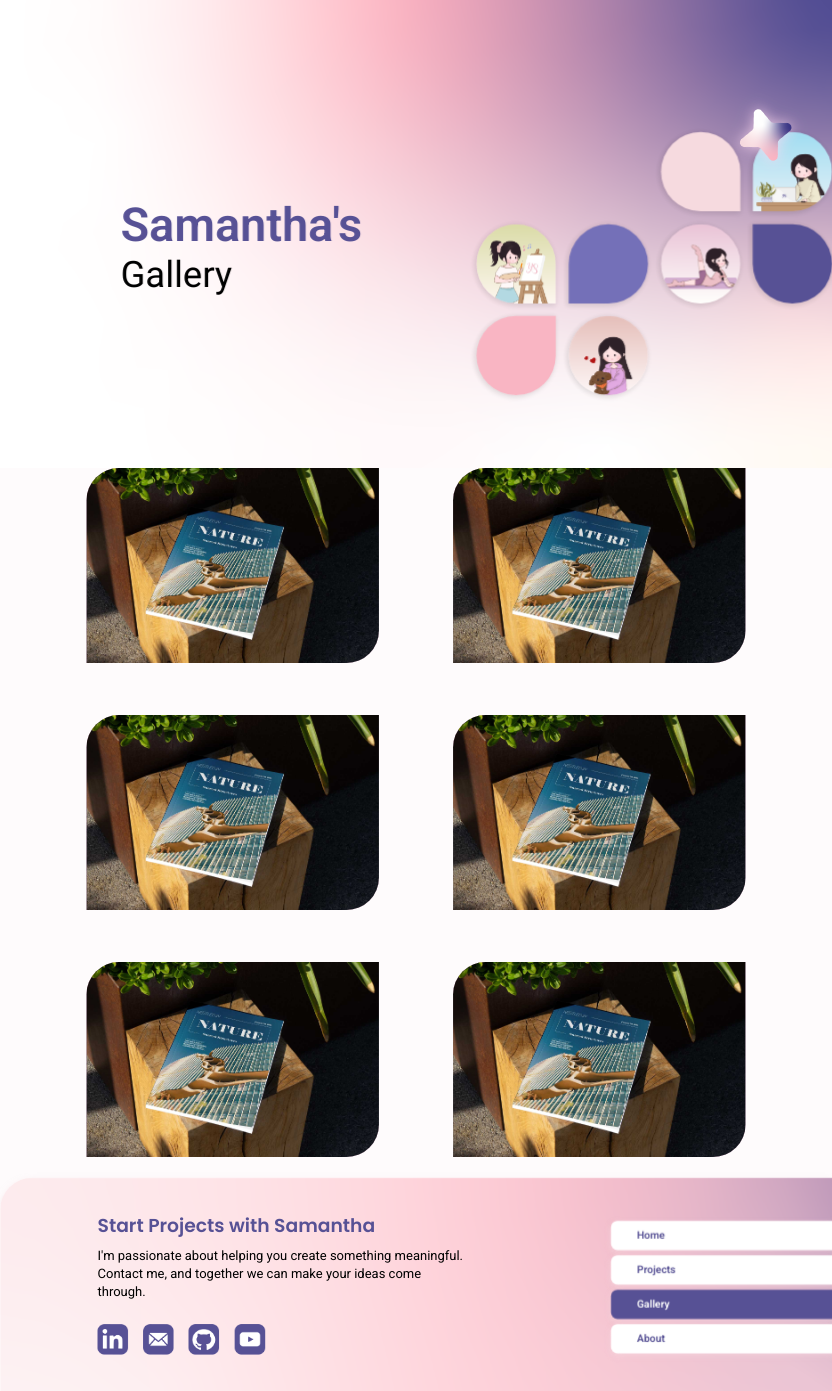
Repository: SamanthaYan298/Samantha-Portfolio
Page: gallery.html
An editor plug-in stored every save of this project. The page is shown before and after the next save, followed by the edit.
The browser window is 1280 px wide. The pictures show the whole page, at 65% of full size.

Above is the page before, as saved 2025-03-21 20:48:06.

### gallery.html
<!DOCTYPE html>
<html lang="en">
<head>
    <meta charset="UTF-8">
    <meta name="viewport" content="width=device-width, initial-scale=1.0">
    <meta name="description" content="Portfolio of Samantha Yan, a graphic and UI/UX designer specializing in creating meaningful and impactful designs.">
    <meta name="author" content="Samantha Yan">
    <meta name="keywords" content="Samantha Yan, graphic design, UI/UX design, portfolio">

    <title>Yisha Samantha Yan | Gallery</title>
    <link rel="stylesheet" href="./css/gallery.css">

    <!-- Font Embed Code - Roboto -->
    <link rel="preconnect" href="https://fonts.googleapis.com">
    <link rel="preconnect" href="https://fonts.gstatic.com" crossorigin>
    <link href="https://fonts.googleapis.com/css2?family=Roboto:ital,wght@0,100..900;1,100..900&display=swap" rel="stylesheet">

    <!-- Font Embed Code - Poppins -->
    <link rel="preconnect" href="https://fonts.googleapis.com">
    <link rel="preconnect" href="https://fonts.gstatic.com" crossorigin>
    <link href="https://fonts.googleapis.com/css2?family=Poppins:ital,wght@0,100;0,200;0,300;0,400;0,500;0,600;0,700;0,800;0,900;1,100;1,200;1,300;1,400;1,500;1,600;1,700;1,800;1,900&display=swap" rel="stylesheet">
    <link rel="icon" href="./images/favicon.ico" type="image/x-icon">
</head>
<body>
    <!-- <h1>Currently updating my portfolio. Check back soon!</h1> -->
    <header class="navbar">
        <a href="index.html"><img class="logo" alt="logo" src="./images/logo.png" /></a>
        <ul class="nav-links">
            <li><a href="index.html" class="home-link">Home</a></li>
            <li><a href="projects.html" class="projects-link">Projects</a></li>
            <li><a href="gallery.html" class="gallery-link">Gallery</a></li>
            <li><a href="about.html" class="about-link">About</a></li>
        </ul>
    </header>

    <div class="menu">
        <a href="index.html"><img class="menu-logo" alt="logo" src="./images/logo.png" /></a>
        <div class="dropdown-menu">
            <button class="hamburger" onclick="toggleMenu()">
                <img id="menu-icon" alt="Hamburger Menu Icon" src="./images/menu.png" />
            </button>
            <div class="menu-links">
                <ul>
                    <li><a href="index.html">Home</a></li>
                    <li><a href="projects.html" class="projects-link">Projects</a></li>
                    <li><a href="gallery.html" class="gallery-link">Gallery</a></li>
                    <li><a href="about.html" class="about-link">About</a></li>
                </ul>
            </div>
        </div>
    </div>

    <main>
    <section class="banner">
        <div class="about_banner">
            <div class="content">
                <h1><span class="highlight">Samantha's</span><br> Gallery</h1>
                <div class="users-color-container">
                    <div style="visibility: hidden;"></div>
                    <!-- <span class="item" style="--i: 1"></span> -->
                    <span class="item" style="--i: 2"></span>
                    <span class="item" style="--i: 3"></span>
                    <img class="item" src="./images/gallery_images/working.webp" data-gif="./images/gallery_images/working_gif.webp" style="--i: 4" alt="" />

                    <img class="item" src="./images/gallery_images/drawing.webp" data-gif="./images/gallery_images/drawing_gif.webp" style="--i: 10" alt="" />
                    <span class="item" style="--i: 11"></span>
                    <img class="item" src="./images/gallery_images/yoga.webp" data-gif="./images/gallery_images/yoga_gif.webp" style="--i: 12" alt="" />
                    <span class="item" style="--i: 5"></span>

                    <span class="item" style="--i: 9"></span>
                    <img class="item" src="./images/gallery_images/dog_person.webp" data-gif="./images/gallery_images/dog_person_gif.webp" style="--i: 8" alt="" />
                    <!-- <span class="item" style="--i: 7"></span> -->
                    <div style="visibility: hidden;"></div>
                    <div style="visibility: hidden;"></div>
                </div>
            </div>
        </div>
        <div class="elements">
            <img alt="stars" class="star_small" src="./images/star_small.png"/>
        </div>
    </section>

    <section class="main-content">
        <div class="curve-section">
            <div class="curve"></div>
        </div>
    </section>

    <div class="grid">
        <div class="grid_row">
            <div class="card" id="card-1" onclick="openGallery(1)">
                <div class="card_thumb">
                    <div class="card_shadow"></div>
                    <div class="card_shadow"></div>
                    <div class="card_shadow"></div>
                    <div class="card_image" style="background-image: url(/images/magazine_images/cover_mockup.jpg)"></div>
                </div>
                <div class="card_explore"><span>Explore More</span></div>
            </div>
        </div>

        <div class="grid_row">
            <div class="card" id="card-2" onclick="openGallery(1)">
                <div class="card_thumb">
                    <div class="card_shadow"></div>
                    <div class="card_shadow"></div>
                    <div class="card_shadow"></div>
                    <div class="card_image" style="background-image: url(/images/magazine_images/cover_mockup.jpg)"></div>
                </div>
                <div class="card_explore"><span>Explore More</span></div>
            </div>
        </div>

        <div class="grid_row">
            <div class="card" id="card-3" onclick="openGallery(1)">
                <div class="card_thumb">
                    <div class="card_shadow"></div>
                    <div class="card_shadow"></div>
                    <div class="card_shadow"></div>
                    <div class="card_image" style="background-image: url(/images/magazine_images/cover_mockup.jpg)"></div>
                </div>
                <div class="card_explore"><span>Explore More</span></div>
            </div>
        </div>

        <div class="grid_row">
            <div class="card" id="card-4" onclick="openGallery(1)">
                <div class="card_thumb">
                    <div class="card_shadow"></div>
                    <div class="card_shadow"></div>
                    <div class="card_shadow"></div>
                    <div class="card_image" style="background-image: url(/images/magazine_images/cover_mockup.jpg)"></div>
                </div>
                <div class="card_explore"><span>Explore More</span></div>
            </div>
        </div>

        <div class="grid_row">
            <div class="card" id="card-5" onclick="openGallery(1)">
                <div class="card_thumb">
                    <div class="card_shadow"></div>
                    <div class="card_shadow"></div>
                    <div class="card_shadow"></div>
                    <div class="card_image" style="background-image: url(/images/magazine_images/cover_mockup.jpg)"></div>
                </div>
                <div class="card_explore"><span>Explore More</span></div>
            </div>
        </div>

        <div class="grid_row">
            <div class="card" id="card-6" onclick="openGallery(1)">
                <div class="card_thumb">
                    <div class="card_shadow"></div>
                    <div class="card_shadow"></div>
                    <div class="card_shadow"></div>
                    <div class="card_image" style="background-image: url(/images/magazine_images/cover_mockup.jpg)"></div>
                </div>
                <div class="card_explore"><span>Explore More</span></div>
            </div>
        </div>
    </div>

    <div id="gallery_1" class="gallery">
        <div class="gallery_header">
            <a class="gallery_close" onclick="closeAll()">×</a>
        </div>
        <div class="gallery_images">
            <div class="gallery_left">
                <h1 id="gallery_title">Gallery Title</h1>
                <p id="gallery_description">Descriptions</p>
            </div>
            <div id="gallery_image" style="background-image: url(/images/magazine_images/laptop.jpg)" onclick="resetGallery1()"></div>
        </div>
        <div class="small_images">
            <img src="./images/magazine_images/first_page.jpg" alt="new" onclick="updateGallery('Gallery Title 1', 'This is a description for image 1', '/images/magazine_images/first_page.jpg')"/>
            <img src="./images/magazine_images/cover_mockup.jpg" alt="new" onclick="updateGallery('Gallery Title 2', 'This is a description for image 2', '/images/magazine_images/cover_mockup.jpg')"/>
            <img src="./images/magazine_images/tablet.jpg" alt="new" onclick="updateGallery('Gallery Title 3', 'This is a description for image 3', '/images/magazine_images/tablet.jpg')"/>
        </div>
    </div>

    <div class="floating-star" onclick="scrollToTop()">
        <img src="./images/back.png" alt="Back To Top Button"/>
    </div>

    </main>

    <footer class="footer">
        <div class="footer-content">
            <h2 class="footer-title">Start Projects with Samantha</h2>
            <p>
                I'm passionate about helping you create something meaningful. Contact me,
                and together we can make your ideas come through.
            </p>
          <div class="footer-icons">
            <a href="https://www.linkedin.com/in/samantha-yyan/" target="_blank" rel="noopener noreferrer">
              <img src="./images/linkedin.png" alt="LinkedIn Icon" />
            </a>
            <a href="mailto:yisha-y@hotmail.com" aria-label="Send me an email">
              <img src="./images/email.png" alt="Email Icon" />
            </a>
            <a href="https://github.com/SamanthaYan298" target="_blank" rel="noopener noreferrer">
                <img src="./images/github.png" alt="Github Icon" />
            </a>
            <a href="https://www.youtube.com/playlist?list=PLrgL16kwFm-0g5pzTNWgt6QvwPB_-rD5s" target="_blank" rel="noopener noreferrer">
                <img src="./images/youtube.png" alt="Youtube Icon" />
            </a>
          </div>
        </div>
        <nav class="footer-nav">
            <ul>
            <li><a href="index.html" class="home-link glow-button">Home</a></li>
            <li><a href="projects.html" class="projects-link glow-button">Projects</a></li>
            <li><a href="gallery.html" class="gallery-link glow-button">Gallery</a></li>
            <li><a href="about.html" class="about-link glow-button">About</a></li>
            </ul>
        </nav>
      </footer>

    <script src="./js/gallery.js"></script>
</body>
</html>

Loaded but not shown: js/gallery.js (144 lines, source omitted); css/gallery.css (1428 lines, source omitted)

After the next save:
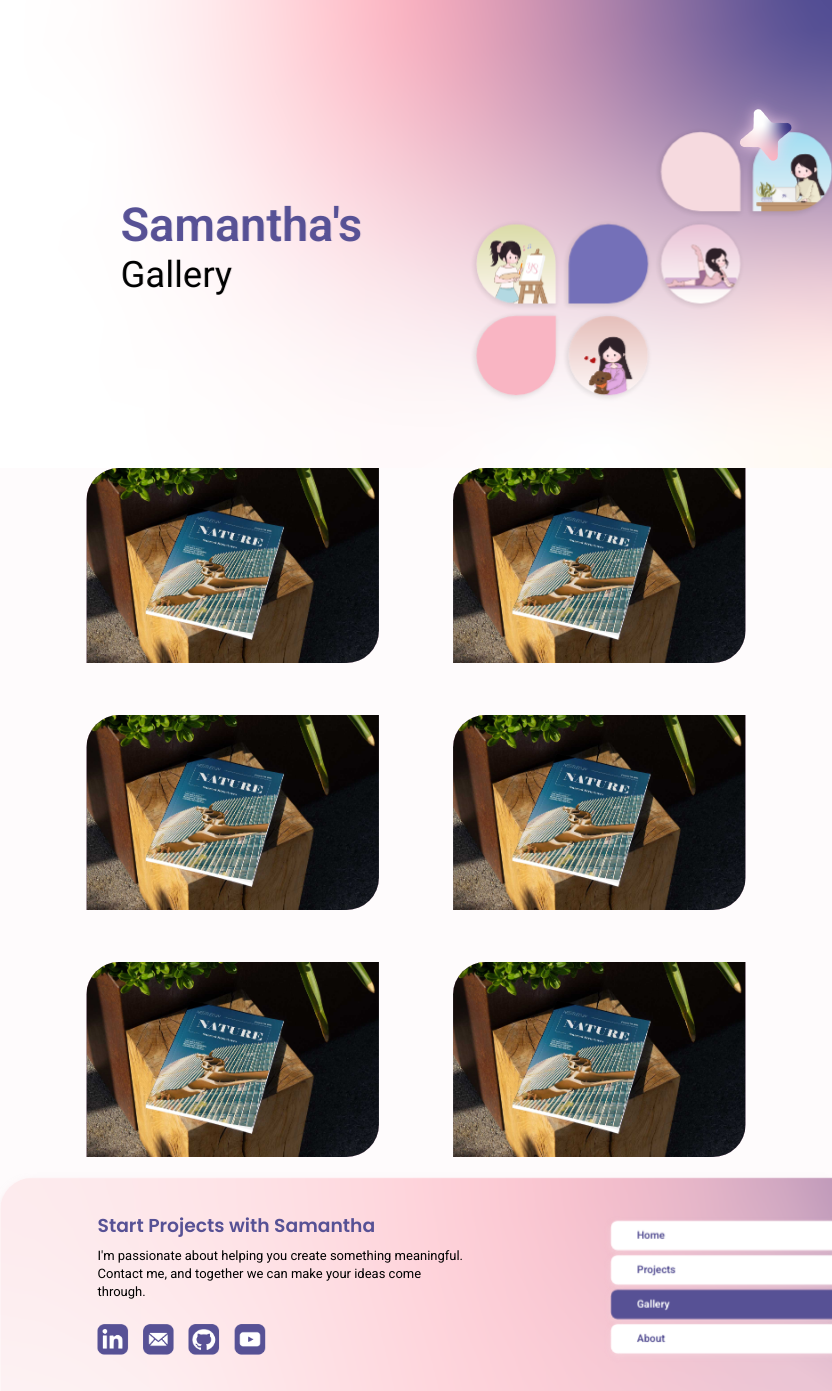
Saved 42 s later.
--- a/gallery.html
+++ b/gallery.html
@@ -65,13 +65,13 @@
                     <img class="item" src="./images/gallery_images/drawing.webp" data-gif="./images/gallery_images/drawing_gif.webp" style="--i: 10" alt="" />
                     <span class="item" style="--i: 11"></span>
                     <img class="item" src="./images/gallery_images/yoga.webp" data-gif="./images/gallery_images/yoga_gif.webp" style="--i: 12" alt="" />
-                    <span class="item" style="--i: 5"></span>
+                    <div style="visibility: hidden;"></div>
 
                     <span class="item" style="--i: 9"></span>
                     <img class="item" src="./images/gallery_images/dog_person.webp" data-gif="./images/gallery_images/dog_person_gif.webp" style="--i: 8" alt="" />
                     <!-- <span class="item" style="--i: 7"></span> -->
                     <div style="visibility: hidden;"></div>
-                    <div style="visibility: hidden;"></div>
+                    <img class="item" id="lady_gif" src="./images/glowfish_images/ebook_cover.webp" style="--i: 6" alt="" />
                 </div>
             </div>
         </div>
